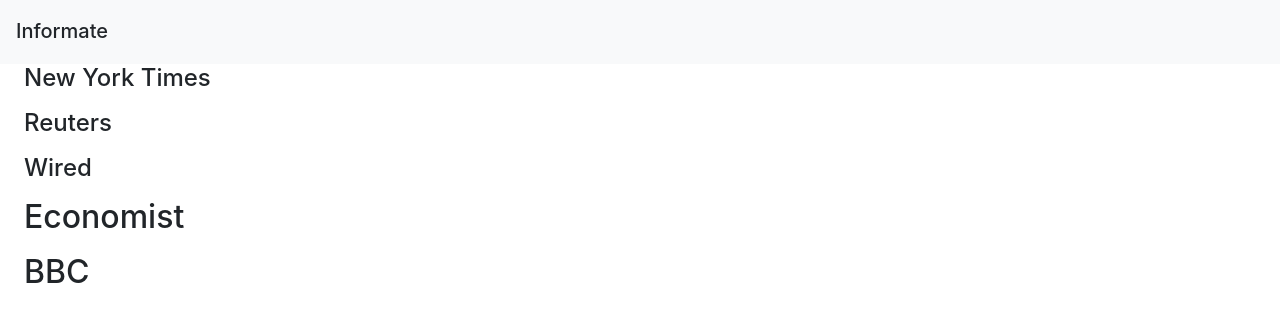
Repository: rbafna6507/newsaggregator-frontend
Page: index.html
These files come from the project's save history. The page is drawn as it stood at one moment and after the next save; the edit follows.
The browser window is 1280 px wide. The pictures show the whole page.
The page's requests for data from a server got no answer. Some web libraries are served in a nearby version.

Above is the page before, as saved 2020-12-16 12:48:24.

After the next save:
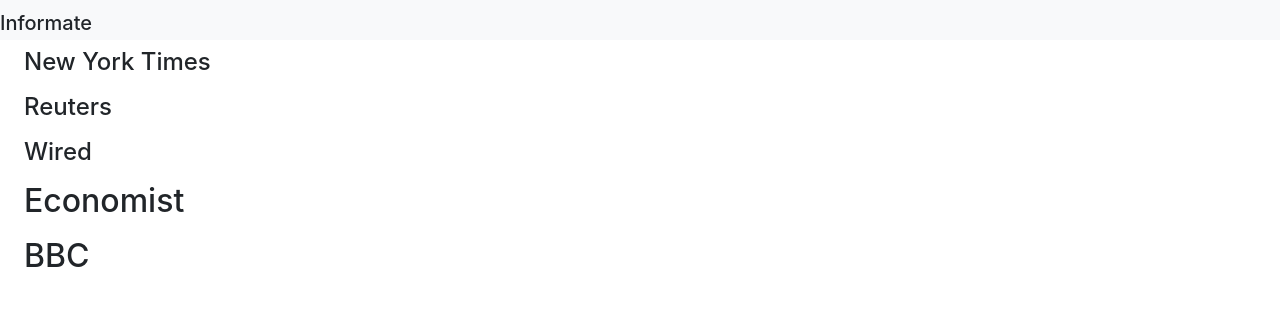
Saved 15 s later.
--- a/index.html
+++ b/index.html
@@ -11,7 +11,7 @@
 </head>
 
 <body>
-    <nav class="navbar navbar-expand-lg navbar-light bg-light">
+    <nav class="navbar-light bg-light">
         <h2><a class="navbar-brand">Informate</a></h2>
     </nav>
     <div style="margin-left: 24px">
